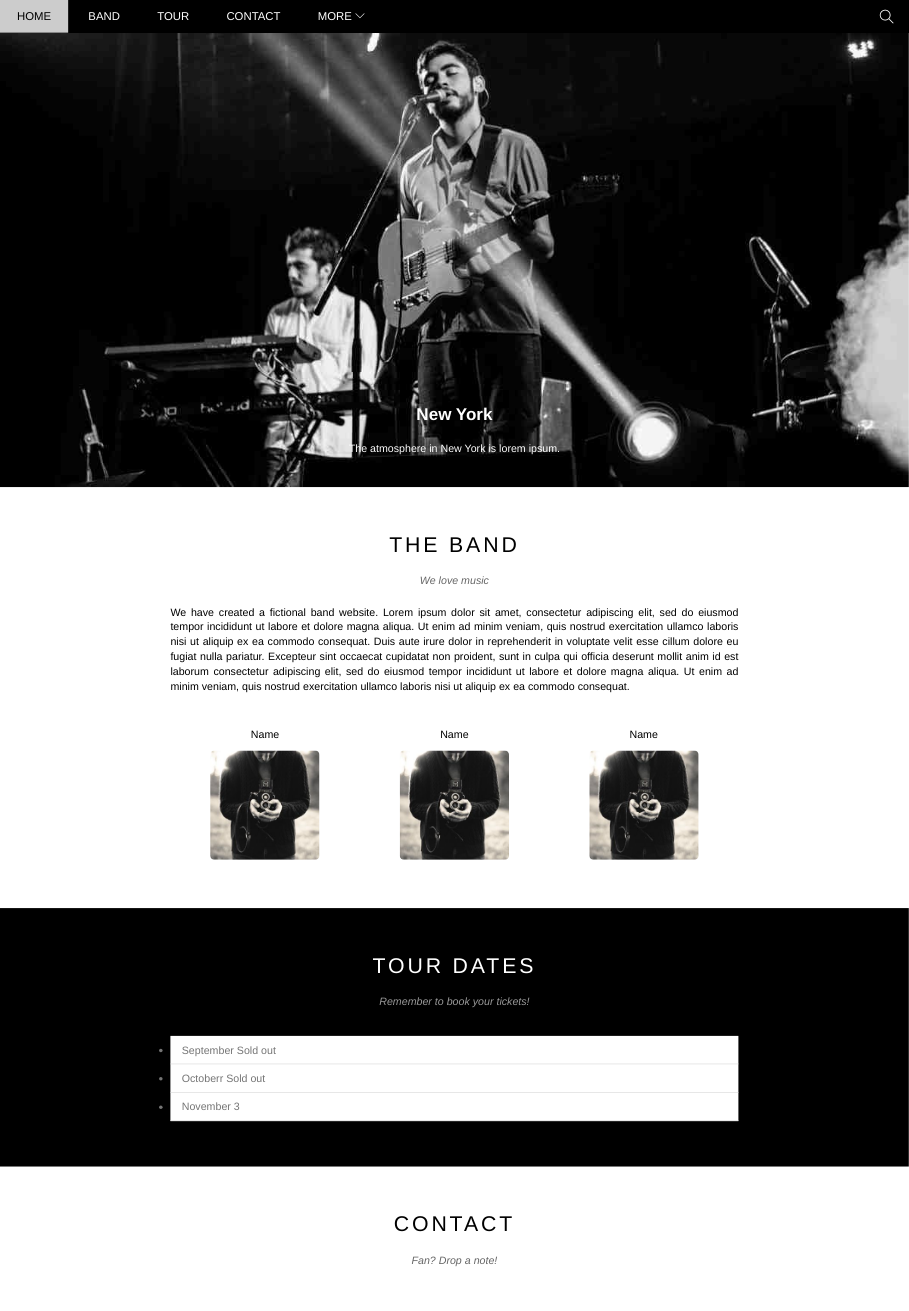
Repository: vophuocthanh/phuocthanhk03
Page: index.html
The author's editor kept a copy of each file at every save. The page is drawn from the files as they stood at one save, then again after the next save.
The browser window is 1280 px wide. The pictures show the whole page, at 71% of full size.

Above is the page before, as saved 2022-03-24 23:43:01.

### index.html
<!DOCTYPE html>
<html lang="en">

<head>
    <meta charset="UTF-8" />
    <meta http-equiv="X-UA-Compatible" content="IE=edge" />
    <meta name="viewport" content="width=device-width, initial-scale=1.0" />
    <title>Document</title>
    <link rel="stylesheet" href="./asset/css/style.css" />
    <link rel="stylesheet" href="/asset/icon/themify-icons/themify-icons.css">
</head>

<body>
    <div id="main">
        <div id="header">
            <!-- Begin : nav -->
            <ul id="nav">
                <li><a href="">Home<a></li>
                <li><a href="">Band</a></li>
                <li><a href="">Tour</a></li>
                <li><a href="">Contact</a></li>
                <li>
                    <a href="">
                        More
                        <i class="nav-arrow-down ti-angle-down"></i>
                    </a>
                    <ul class="subnav">
                        <li><a href="">Merchandise</a></li>
                        <li><a href="">Extras</a></li>
                        <li><a href="">Media</a></li>
                    </ul>
                </li>
            </ul>
            <!-- End: nav -->

            <!-- Begin: Search -->
            <div class="search-btn">
                <i class="search-icon ti-search"></i>
            </div>
            <!-- End: Search -->
        </div>

        <div id="slider">
            <div class="text-content">
                <h2 class="text-heading">New York</h2>
                <div class="text-description">The atmosphere in New York is lorem ipsum.</div>
            </div>
        </div>

        <div id="content">
            <!-- About section -->
            <div class="content-section">
                <h2 class="section-heading">THE BAND</h2>
                <p class="section-sub-heading">We love music</p>
                <p class="about-text">We have created a fictional band website. Lorem ipsum dolor sit amet, consectetur adipiscing elit, sed do eiusmod tempor incididunt ut labore et dolore magna aliqua. Ut enim ad minim veniam, quis nostrud exercitation ullamco laboris nisi
                    ut aliquip ex ea commodo consequat. Duis aute irure dolor in reprehenderit in voluptate velit esse cillum dolore eu fugiat nulla pariatur. Excepteur sint occaecat cupidatat non proident, sunt in culpa qui officia deserunt mollit anim
                    id est laborum consectetur adipiscing elit, sed do eiusmod tempor incididunt ut labore et dolore magna aliqua. Ut enim ad minim veniam, quis nostrud exercitation ullamco laboris nisi ut aliquip ex ea commodo consequat.</p>

                <div class="members-list">
                    <div class="member-item">
                        <p class="member-name">Name</p>
                        <img src="./asset/img/band/member1.jpg" alt="Name" class="member-img">
                    </div>

                    <div class="member-item">
                        <p class="member-name">Name</p>
                        <img src="./asset/img/band/member1.jpg" alt="Name" class="member-img">
                    </div>

                    <div class="member-item">
                        <p class="member-name">Name</p>
                        <img src="./asset/img/band/member1.jpg" alt="Name" class="member-img">
                    </div>
                    <div class="clear"></div>
                </div>
            </div>




            <!-- Tour section -->
            <div class="tour-section">
                <div class="content-section">
                    <h2 class="section-heading
                    text-white">TOUR DATES</h2>
                    <p class="section-sub-heading text-white">Remember to book your tickets!</p>
                    <ul class="ticket-list">
                        <li>September <span class="sold-out">Sold out</span></li>
                        <li>Octoberr <span class="sold-out">Sold out</span></li>
                        <li>November <span class="quantily">3</span></li>
                    </ul>
                </div>

            </div>
            <!-- Contact section -->
            <div class="content-section">
                <h2 class="section-heading">CONTACT</h2>
                <p class="section-sub-heading">Fan? Drop a note!</p>
            </div>

            <div id="footer">

            </div>

        </div>
</body>

</html>

### asset/css/style.css
/*Reset*/

* {
    padding: 0;
    margin: 0;
    box-sizing: border-box;
}

html {
    font-family: Helvetica, Arial, sans-serif;
}


/*
 1. Từ ngoài vào trong
 2. Trên xuống dưới
 3. Từ tổng quan đến chi tiết

*/


/*
1. Vị Trí
2. Màu Sắc
3. Kích Thước
4.Kiểu Dáng */

.clear {
    clear: both;
}

.text-white {
    color: #fff !important;
}

#main {}

#header {
    height: 46px;
    background-color: #000;
    position: fixed;
    top: 0;
    left: 0;
    right: 0;
    z-index: 1;
}

#nav {
    display: inline-block;
}

.subnav {
    list-style-type: none;
}

#nav>li {
    display: inline-block;
}

#nav li {
    position: relative;
}

#nav>li>a {
    color: #fff;
    text-transform: uppercase;
}

#nav li a {
    color: #fff;
    text-decoration: none;
    line-height: 46px;
    padding: 0 24px;
    display: block;
}

#nav li:hover .subnav {
    display: block;
}

#nav>li:hover>a,
#nav .subnav li:hover {
    color: #000;
    background-color: #ccc;
}

#nav .subnav {
    display: none;
    position: absolute;
    top: 100%;
    left: 0;
    min-width: 160px;
    background-color: #fff;
    box-shadow: 0 0 10px rgba(0, 0, 0, 0.3);
}

#nav .subnav a {
    color: #000;
    padding: 0 12px;
}

#nav .nav-arrow-down {
    font-size: 14px;
}

#header .search-btn {
    float: right;
    padding: 0 21px;
    cursor: pointer;
}

#header .search-btn:hover {
    background-color: #f44336;
}

#header .search-icon {
    color: #fff;
    font-size: 20px;
    line-height: 46px;
}

#slider {
    position: relative;
    margin-top: 46px;
    padding-top: 50%;
    background: url("/asset/img/slider/slider1.jpg") top center / cover no-repeat;
}

#slider .text-content {
    position: absolute;
    bottom: 47px;
    color: #fff;
    left: 50%;
    transform: translate(-50%);
    text-align: center;
}

#slider .text-headin {
    font-weight: 500;
    font-size: 24px;
}

#slider .text-description {
    font-size: 15px;
    margin-top: 25px;
}

#content {}

#content .content-section {
    width: 800px;
    padding: 64px 0;
    margin-left: auto;
    margin-right: auto;
}

#content .section-heading {
    font-size: 30px;
    font-weight: 500;
    text-align: center;
    letter-spacing: 4px;
}

#content .section-sub-heading {
    font-size: 15px;
    text-align: center;
    margin-top: 25px;
    font-style: italic;
    opacity: 0.6;
}

#content .about-text {
    font-size: 15px;
    margin-top: 25px;
    text-align: justify;
    line-height: 1.4;
}

#content .members-list {
    margin-top: 48px;
}

#content .member-item {
    float: left;
    width: 33.3333%;
    text-align: center;
}

#content .member-name {
    font-size: 15px;
}

#content .member-img {
    width: 154px;
    margin-top: 15px;
    border-radius: 4%;
}


/* Tour-section */

.tour-section {
    background-color: #000;
}

.ticket-list {
    background-color: #fff;
    margin-top: 40px;
}

.ticket-list li {
    color: #757575;
    font-size: 15px;
    padding: 11px 16px;
    border-bottom: 1px solid #ddd;
}

.ticket-list .sold-out {}

.ticket-list .quantily {}


/* Foote section */

#foote {}

Loaded but not shown: asset/icon/themify-icons/themify-icons.css (common file)

After the next save:
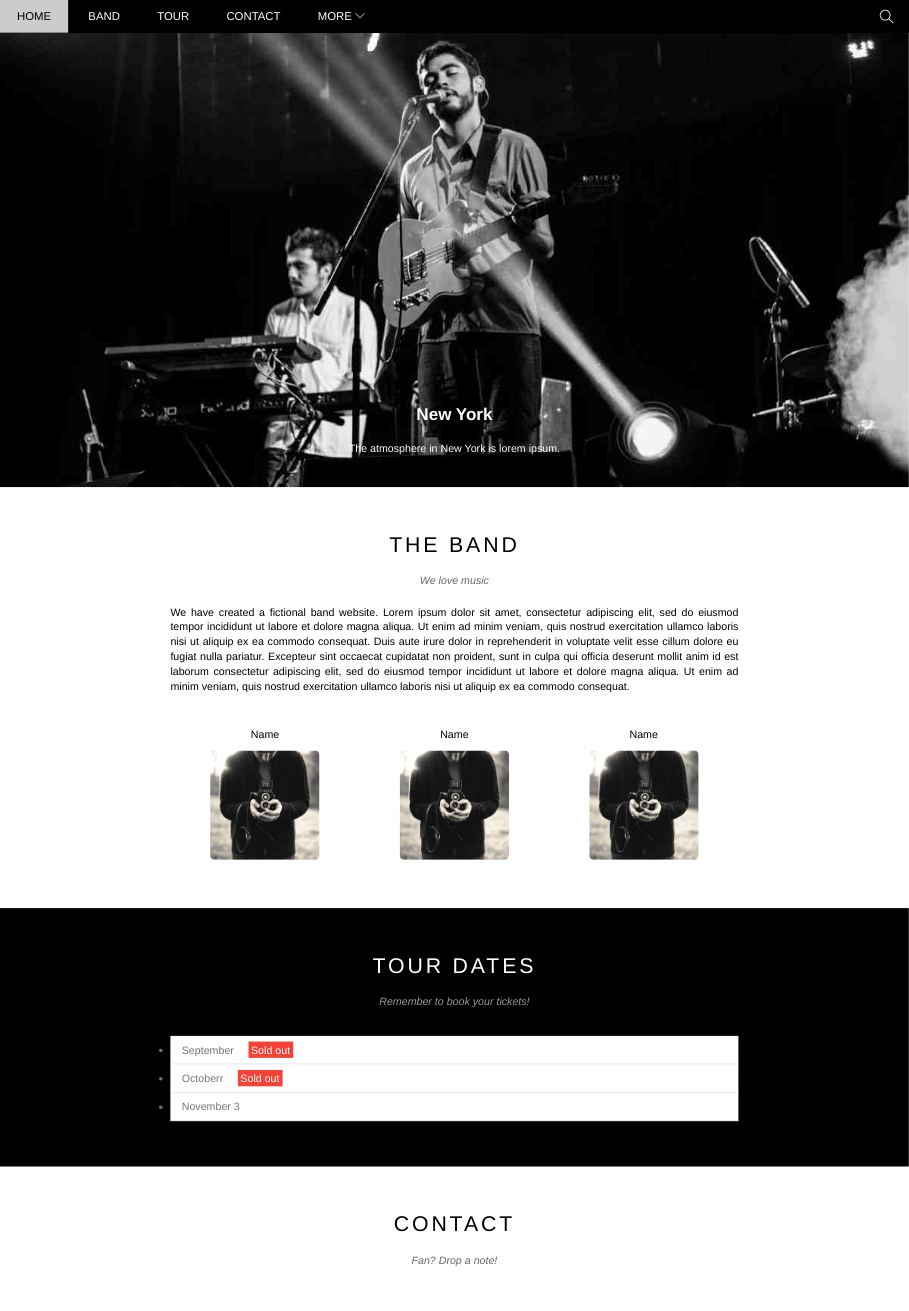
Saved 4 min 29 s later.
--- a/asset/css/style.css
+++ b/asset/css/style.css
@@ -215,7 +215,12 @@ html {
     border-bottom: 1px solid #ddd;
 }
 
-.ticket-list .sold-out {}
+.ticket-list .sold-out {
+    background-color: #f44336;
+    color: #fff;
+    padding: 3px 4px;
+    margin-left: 16px;
+}
 
 .ticket-list .quantily {}
 
